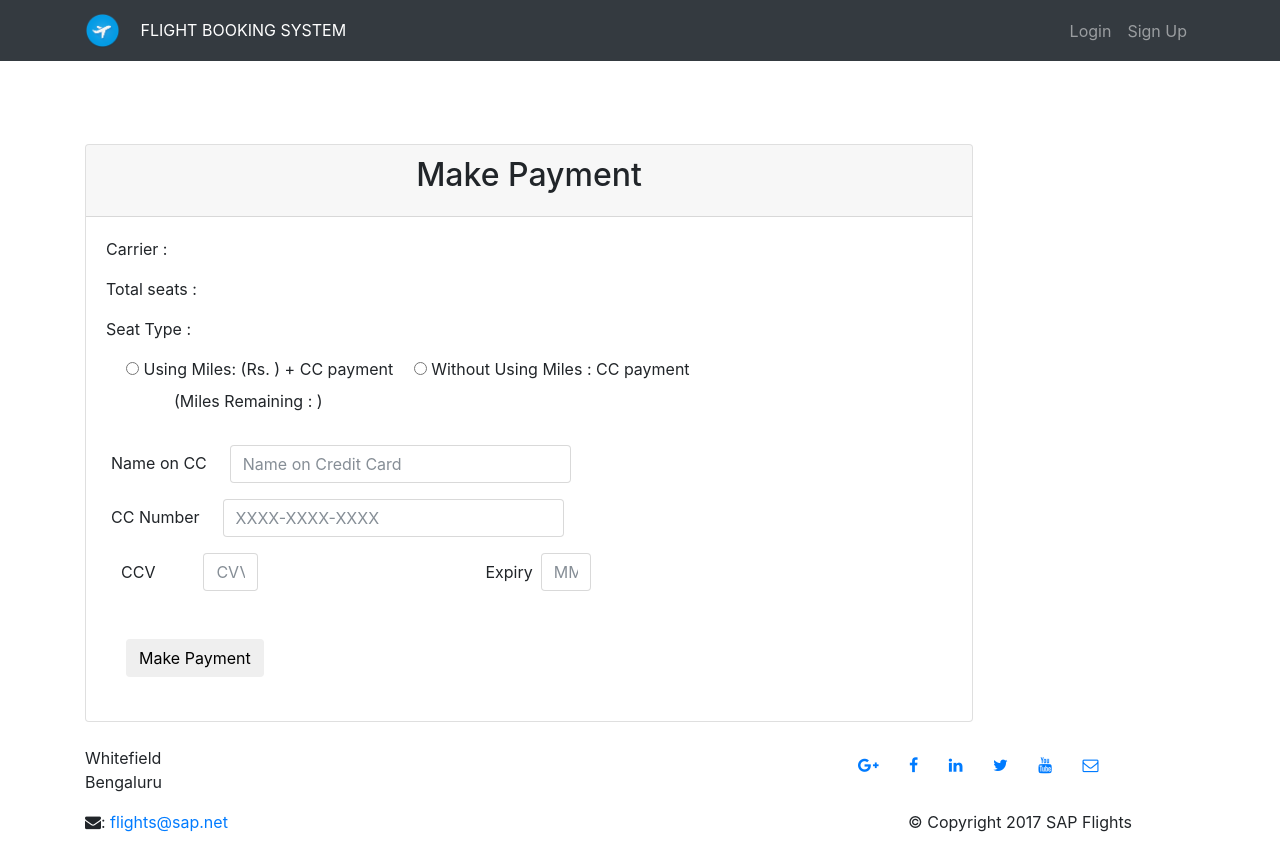
Repository: yashtatia/Spring-Practice
Page: http://localhost/FitnessTracker/WEB-INF/jsp/makePayment.jsp
The author's editor kept a copy of each file at every save. The page is drawn from the files as they stood at one save, then again after the next save.
The browser window is 1280 px wide. The pictures show the whole page.
Some web libraries are served in a nearby version. The page is served by Tomcat 9. Nobody is signed in. Other server files are loaded and not shown. The template is opened directly, without the code that normally fills it, so the values that code supplies are empty.

Above is the page before, as saved 2017-09-06 08:47:44.
Console error: SyntaxError: Unexpected token ';'

### FitnessTracker/src/main/webapp/WEB-INF/jsp/makePayment.jsp
<%@ taglib prefix="spring" uri="http://www.springframework.org/tags" %>
<%@ taglib prefix="form" uri="http://www.springframework.org/tags/form" %>

<jsp:include page="header.jsp" />
	<br>
	<br>
	<br>
	<br>
	<br>
	<br>
	<div class="container">
		<div class="card" style="max-width: 80%;" >
			<div class="card-header">
				<h2 class="card-title" align="center">Make Payment</h2>
			</div>
			<div class="card-block">
				<div class="card-body">
						<p>Carrier : ${flightSelected.airline}</p>
						<p>Total seats : ${flightSelected.seats}</p>
						<p>Seat Type : ${flightSelected.seat_class}</p>

						<form:form commandName="payment" class="form-horizontal" style=" padding-left: 20px;" method="POST">

							  <label class="radio-inline" >
							    <form:radiobutton path="payment_choice" name="payment_choice" value="1" />
							     Using Miles: ${miles_used} (Rs. ${discount}) + ${fare_with_miles}  CC payment

							  </label>


							  <label class="radio-inline mx-3">
							    <form:radiobutton path="payment_choice" name="payment_choice" value="2" />
							    Without Using Miles : ${fare_without_miles}	CC payment
							  </label>
							  <label class="mx-5">
							  	(Miles Remaining : ${miles_remaining})
							  </label>

							<br />
							<br/>

							<div class="form-group row">
							    <label for="input1" class="col-xs-3 col-form-label mr-2">Name on CC</label>
							    <div class="col-sm-10">
							      <form:input path="cc_name" type="text" name="cc_name" id="cc_name" placeholder="Name on Credit Card" class="form-control" style="max-width: 50%;" />
							    </div>
							</div>
							<div class="form-group row">
							    <label for="input2" class="col-xs-3 col-form-label mr-2">CC Number</label>
							    <div class="col-sm-10">
							      <form:input path="cc_number" type="text" name="cc_number" id="cc_number" placeholder="XXXX-XXXX-XXXX" class="form-control" style="max-width: 50%;" />
							    </div>
							</div>
							<div class="form-row">
									<div class="form-inline">
										<div class="form-group">
											<label class="mr-sm-5 mb-0" for="cvv">CCV</label>
											<form:input path="cc_cvv" type="password" name="cc_cvv" id="cc_cvv" placeholder="CVV" class="form-control mr-sm-2 mb-2 mb-sm-0"  style="max-width: 15%" />
										</div>
										<div class="form-group">
											<label class="mr-sm-2 mb-0" for="last_name">Expiry</label>
											<form:input path="cc_expiry"  type="text" class="form-control mr-sm-2 mb-2 mb-sm-0" name="cc_expiry" id="cc_expiry" style="max-width: 15%" placeholder="MM/YY"/>
										</div>

									</div>
							</div>
							<br />
							<br />

							<form:hidden path="flight_id"  name="flight_id" value="${flightSelected.flight_id}" />
							<form:hidden path="seat_type" name="seat_type" value="${flightSelected.seat_class_abbrev}" />
							<form:hidden path="seats" name="seats" value="${flightSelected.seats}" />
							<form:hidden path="fare_with_miles" name="fare_with_miles" value="${fare_with_miles}" />
							<form:hidden path="fare_without_miles" name="fare_without_miles" value="${fare_without_miles}" />
							<form:hidden path="miles_used" name="miles_used" value="${miles_used}" />
							<form:hidden path="miles_remaining" name="miles_remaining" value="${miles_remaining}" />
							<form:hidden path="miles_earned" name="miles_earned" value="${miles_earned}" />

							<button type="submit" name="" value="Make Payment" class="btn btn-default col-lg-offset-10" >Make Payment</button>
						</form:form>
				</div>

			</div>

			<br />



		</div>
	</div>
	<br/>

<jsp:include page="footer.jsp" />
<script type="text/javascript">
		$( document ).ready(function() {
		    preProcess();
		});

		function preProcess(){
			if($('input[name=payment_choice]:checked').val() == "with_miles"){
				var cc_remaining = ${fare_with_miles};
				if(cc_remaining == 0){
					$("#cc_name").prop("disabled", true);
					$("#cc_number").prop("disabled", true);
					$("#cc_cvv").prop("disabled", true);
					$("#cc_expiry").prop("disabled", true);
				}
			}
		}

		$('input[name=payment_choice]').on('change', function() {
			if($('input[name=payment_choice]:checked').val() == "with_miles"){
				var cc_remaining = ${fare_with_miles};
				if(cc_remaining == 0){
					$("#cc_name").prop("disabled", true);
					$("#cc_number").prop("disabled", true);
					$("#cc_cvv").prop("disabled", true);
					$("#cc_expiry").prop("disabled", true);
				}
			}else{
				$("#cc_name").prop("disabled", false);
				$("#cc_number").prop("disabled", false);
				$("#cc_cvv").prop("disabled", false);
				$("#cc_expiry").prop("disabled", false);
			}
		});
	</script>

### FitnessTracker/src/main/webapp/WEB-INF/jsp/header.jsp
<%@ taglib prefix="c" uri="http://java.sun.com/jsp/jstl/core"%>
<%@ taglib prefix="form" uri="http://www.springframework.org/tags/form" %>
<%@ taglib prefix="spring" uri="http://www.springframework.org/tags" %>
<!DOCTYPE html>
<html>
<head>
	<meta charset="utf-8">
    <meta http-equiv="X-UA-Compatible" content="IE=edge">
    <meta name="viewport" content="width=device-width, initial-scale=1, shrink-to-fit=no">
	<title>Search Flights</title>
	<link rel="stylesheet" href="https://maxcdn.bootstrapcdn.com/bootstrap/4.0.0-beta/css/bootstrap.min.css" integrity="sha384-/Y6pD6FV/Vv2HJnA6t+vslU6fwYXjCFtcEpHbNJ0lyAFsXTsjBbfaDjzALeQsN6M" crossorigin="anonymous">
	<link href="https://maxcdn.bootstrapcdn.com/font-awesome/4.7.0/css/font-awesome.min.css" rel="stylesheet">
	<link rel="stylesheet" type="text/css" href="assets/css/jquery-ui.css">
</head>
<body>

	 <nav class="navbar navbar-expand-md navbar-dark bg-dark fixed-top">
            <div class="container">
                <div class="navbar-header">
	                <span><a class="navbar-brand" href="index.jsp"><img src="assets/img/sap.png" height=35 width=35></a></span>
	                <span style="color: white;">FLIGHT BOOKING SYSTEM</span>
                </div>

                <c:choose>
    				<c:when test="${not logInForm.loggedIn || logInForm == null}">
                       <ul class="navbar-nav bd-navbar-nav" style="cursor: pointer;">
	                        <li class="nav-item"><a class="nav-link" data-toggle="modal" data-target="#loginModal" id="login"><span class="glyphicon glyphicon-log-in"></span> Login</a></li>
	                        <li class="nav-item"><a class="nav-link" href="signUp.html"><span class="glyphicon glyphicon-log-in"></span> Sign Up</a></li>
	                    </ul>
	    			</c:when>
	    			<c:otherwise>
	                    <ul class="navbar-nav bd-navbar-nav" style="cursor: pointer;">
	                        <li class="nav-item dropdown">
	                            <a href="#" class="nav-link dropdown-toggle" data-toggle="dropdown"
	                             role="button" aria-haspopup="true" aria-expanded="false" style="color: white; ">
	                             <i class="fa fa-user-o" aria-hidden="true"></i>  ${userForm.fname} ${userForm.lname} <span class="caret"></span></a>
	                            <ul class="dropdown-menu">
	                                <li><a class="dropdown-item" href="#">Your Miles : ${userForm.air_miles}</a></li>
	                                <li><a class="dropdown-item" href="myBookings.html">MyBookings</a></li>
	                                <li><a class="dropdown-item" href="logout.html">Logout</a></li>
	                            </ul>
	                        </li>
	                    </ul>
	                </c:otherwise>
                </c:choose>


                </div>
        </nav>

    <c:if test="${logInForm.loggedIn == false || logInForm == null}">

	    <div id="loginModal" class="modal fade " role="dialog" aria-labelledby="loginModal" aria-hidden="true">
	        <div class="modal-dialog" style="max-width: 650px !important;">
	        <!-- Modal content-->
	        <div class="modal-content">
	            <div class="modal-header">
	                <h5 class="modal-title" id="exampleModalLabel">Login</h5>
			     	   <button type="button" class="close" data-dismiss="modal" aria-label="Close">
			        	  <span aria-hidden="true">&times;</span>
			       	 </button>
	            </div>
		        <div class="modal-body">
		            <form:form modelAttribute="logInForm" class="form-inline" id="loginForm" action="logIn.html" method="POST">
		                <div class="form-group">
		                    <label class="sr-only" for="InputEmail">Email address</label>
		                    <form:input path="username" type="email" class="form-control" id="Email" placeholder="Email" name="email" />
		                </div>
		                <div class="form-group mx-sm-3">
		                    <label class="sr-only" for="Password">Password</label>
		                    <form:input path="password" type="password" class="form-control" id="Password" placeholder="Password" name="password" />
		                </div>

	            		<div class="form-group mx-sm-3">
	            			<button type="button" class="btn btn-default btn-danger pull-right" data-dismiss="modal">Cancel</button>
		                	<button type="submit" class="btn btn-default btn-info pull-right">Sign in</button>
	            		</div>


	            	</form:form>
				</div>

	        </div>
	        </div>
	    </div>

    </c:if>

### FitnessTracker/src/main/webapp/WEB-INF/jsp/footer.jsp

	<footer class="row-footer">
        <div class="container">
            <div class="row row-content">

                <div class="col-md-8">
                    <address>
		              Whitefield<br>
		              Bengaluru<br>

                    </address>
                </div>
                <div class="col-md-4">
                    <div >
                        <a class="btn btn-social-icon btn-google-plus" href="http://google.com/+"><i class="fa fa-google-plus"></i></a>
                        <a class="btn btn-social-icon btn-facebook" href="http://www.facebook.com/profile.php?id="><i class="fa fa-facebook"></i></a>
                        <a class="btn btn-social-icon btn-linkedin" href="http://www.linkedin.com/in/"><i class="fa fa-linkedin"></i></a>
                        <a class="btn btn-social-icon btn-twitter" href="http://twitter.com/"><i class="fa fa-twitter"></i></a>
                        <a class="btn btn-social-icon btn-youtube" href="http://youtube.com/"><i class="fa fa-youtube"></i></a>
                        <a class="btn btn-social-icon" href="mailto:"><i class="fa fa-envelope-o"></i></a>
                    </div>
                </div>
             </div>
             <div class="row row-content">
                <div class="col-md-8">
		              <i class="fa fa-envelope"></i>:
                         <a href="mailto:flights@sap.net">
                         flights@sap.net</a>
                </div>
                <div class="col-md-4">
                    <p align=center> &copy; Copyright 2017 SAP Flights</p>
                </div>
             </div>
        </div>
    </footer>




<script src="https://code.jquery.com/jquery-3.2.1.slim.min.js" integrity="sha384-KJ3o2DKtIkvYIK3UENzmM7KCkRr/rE9/Qpg6aAZGJwFDMVNA/GpGFF93hXpG5KkN" crossorigin="anonymous"></script>
<script type="text/javascript" src="http://code.jquery.com/jquery-3.2.1.min.js"></script>
<script type="text/javascript" src="assets/js/jquery-ui.min.js"></script>
<script src="https://cdnjs.cloudflare.com/ajax/libs/popper.js/1.11.0/umd/popper.min.js" integrity="sha384-b/U6ypiBEHpOf/4+1nzFpr53nxSS+GLCkfwBdFNTxtclqqenISfwAzpKaMNFNmj4" crossorigin="anonymous"></script>
<script src="https://maxcdn.bootstrapcdn.com/bootstrap/4.0.0-beta/js/bootstrap.min.js" integrity="sha384-h0AbiXch4ZDo7tp9hKZ4TsHbi047NrKGLO3SEJAg45jXxnGIfYzk4Si90RDIqNm1" crossorigin="anonymous"></script>

<script>
        $().button('toggle');
        $(document).ready(function(){
            $("#login").click(function(){
                console.log("yo!");
                $("#loginModal").modal();
            });
        });

        $(document).ready(function(){
            $("#table").click(function(){
                $("#tableModal").modal();
            });
        });
</script>
</body>
</html>

Loaded but not shown: FitnessTracker/src/main/webapp/assets/css/jquery-ui.css (library); FitnessTracker/src/main/webapp/assets/js/jquery-ui.min.js (library)

After the next save:
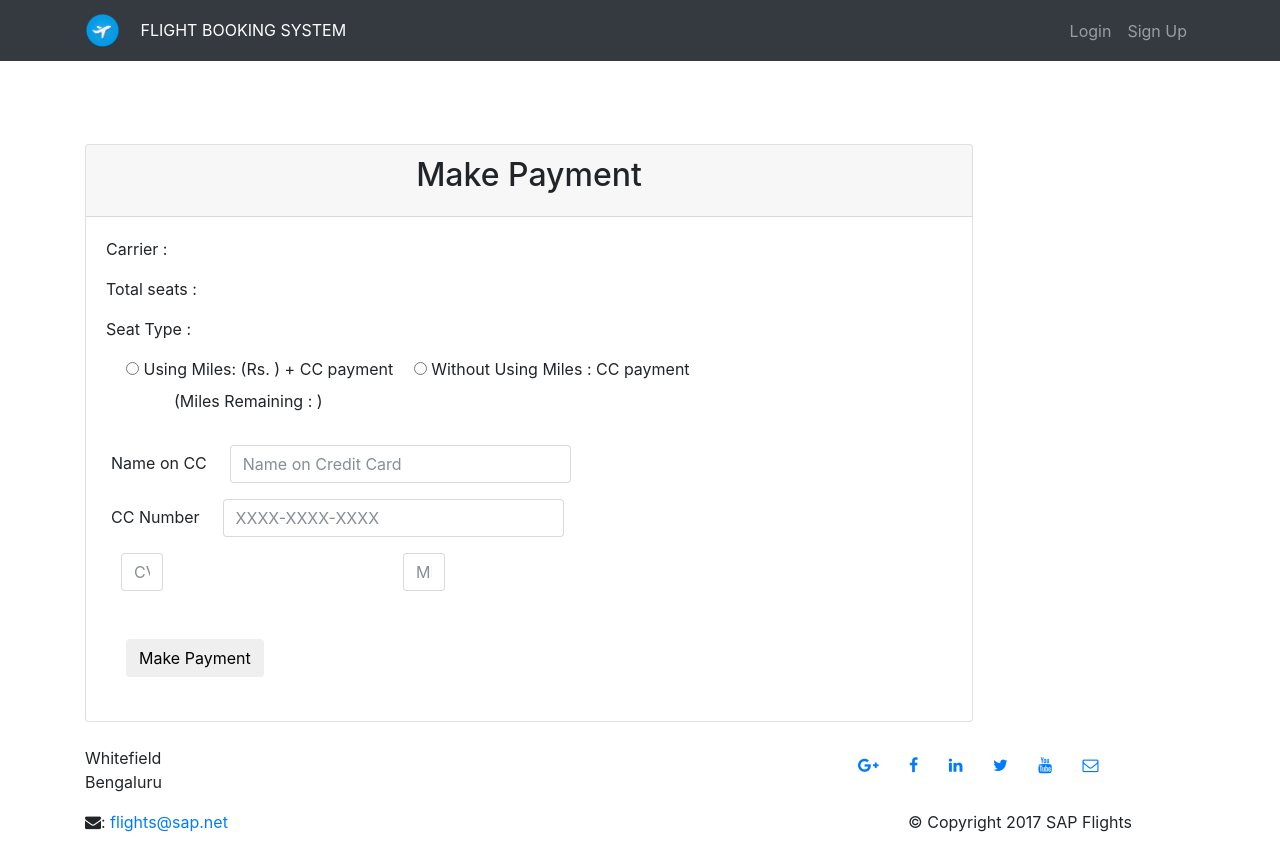
Saved 2 min 31 s later.
--- a/FitnessTracker/src/main/webapp/WEB-INF/jsp/makePayment.jsp
+++ b/FitnessTracker/src/main/webapp/WEB-INF/jsp/makePayment.jsp
@@ -54,11 +54,11 @@
 							<div class="form-row">
 									<div class="form-inline">
 										<div class="form-group">
-											<label class="mr-sm-5 mb-0" for="cvv">CCV</label>
+
 											<form:input path="cc_cvv" type="password" name="cc_cvv" id="cc_cvv" placeholder="CVV" class="form-control mr-sm-2 mb-2 mb-sm-0"  style="max-width: 15%" />
 										</div>
 										<div class="form-group">
-											<label class="mr-sm-2 mb-0" for="last_name">Expiry</label>
+
 											<form:input path="cc_expiry"  type="text" class="form-control mr-sm-2 mb-2 mb-sm-0" name="cc_expiry" id="cc_expiry" style="max-width: 15%" placeholder="MM/YY"/>
 										</div>
 
